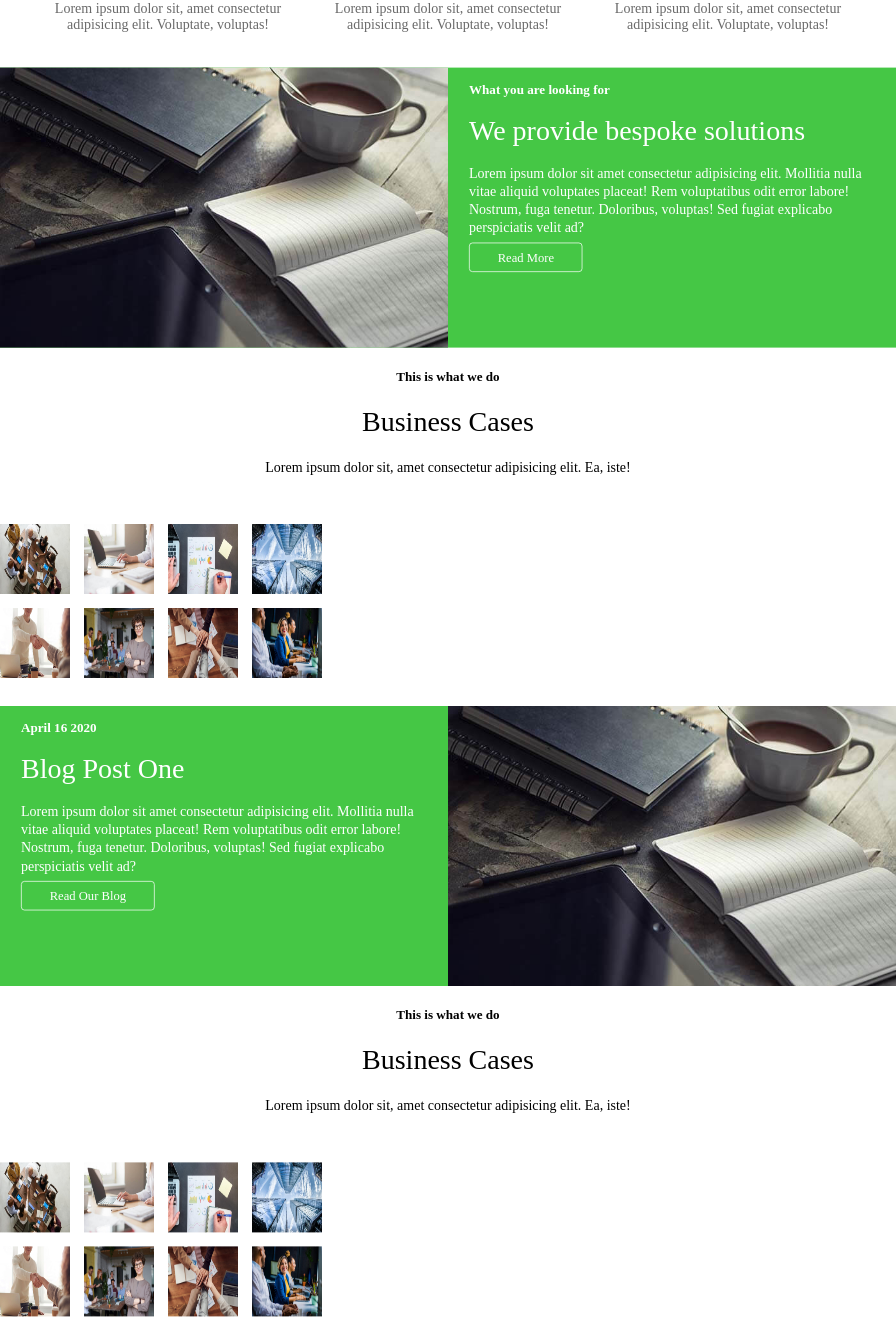
Repository: reemoon-ctrl/swiftdisk-Website-Flexbox
Page: index.html
An editor plug-in stored every save of this project. The page is shown before and after the next save, followed by the edit.
The browser window is 1280 px wide. The pictures show the part of the page from y = 902 to 2822 px (the page is 2822 px tall before and 2702 px after), at 70% of full size.

Above is the page before, as saved 2024-07-27 09:53:40.

After the next save:
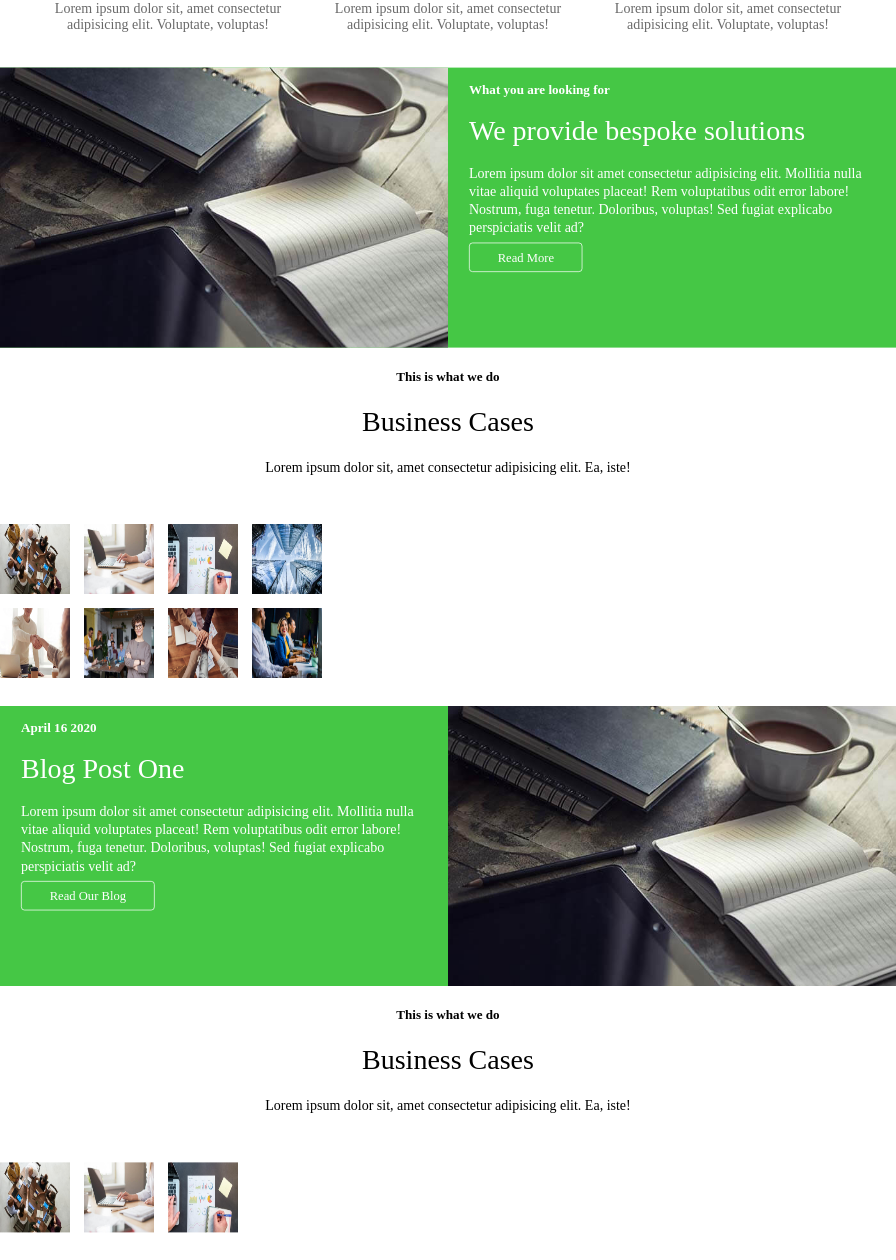
Saved 19 s later.
--- a/index.html
+++ b/index.html
@@ -107,11 +107,7 @@
                 <img class="BCimg BCimg1" src="/img/cases/cases1.jpg" alt="">
                 <img  class="BCimg BCimg2" src="/img/cases/cases2.jpg" alt="">
                 <img class="BCimg BCimg3" src="/img/cases/cases3.jpg" alt="">
-                <img class="BCimg BCimg4" src="/img/cases/cases4.jpg" alt="">
-                <img class="BCimg BCimg5" src="/img/cases/cases5.jpg" alt="">
-                <img class="BCimg BCimg6" src="/img/cases/cases6.jpg" alt="">
-                <img class="BCimg BCimg7" src="/img/cases/cases7.jpg" alt="">
-                <img class="BCimg BCimg8" src="/img/cases/cases8.jpg" alt="">
+
             </div>
         </div>
 
